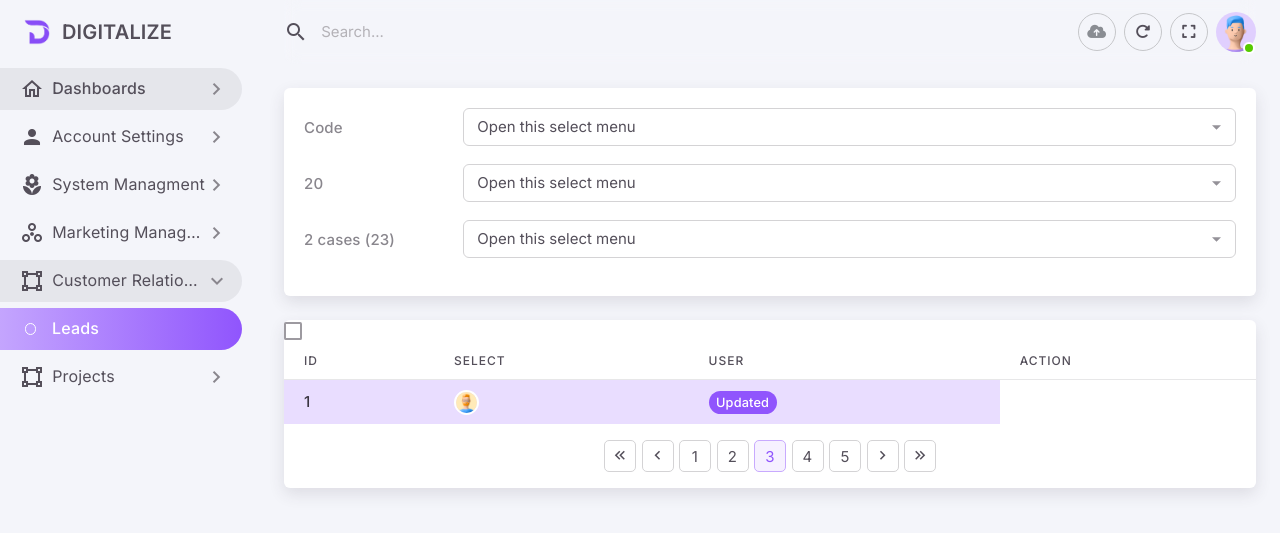
Repository: FadyFathey/sales-crm
Page: html/project-list.html
The author's editor kept a copy of each file at every save. The page is drawn from the files as they stood at one save, then again after the next save.
The browser window is 1280 px wide. The pictures show the whole page.
Some icons come from a web library that is not loaded, so they are not drawn. Some web libraries are served in a nearby version.

Above is the page before, as saved 2024-10-09 13:30:50.
Console error: ReferenceError: d3 is not defined

After the next save:
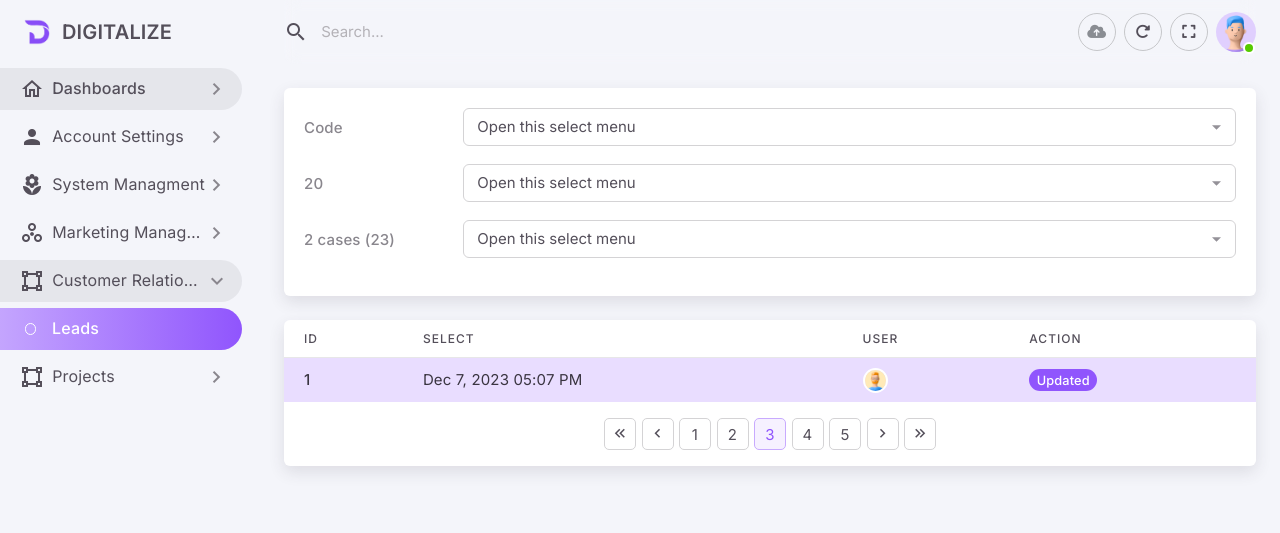
Saved 17 s later.
--- a/html/project-list.html
+++ b/html/project-list.html
@@ -392,7 +392,7 @@
                                             <td>
                                                 <span class="fw-medium">1</span>
                                             </td>
-                                            <input class="form-check-input" type="checkbox" value="" id="defaultCheck1" />
+                                            <td>Dec 7, 2023 05:07 PM</td>
                                             <td>
                                                 <ul
                                                     class="list-unstyled users-list m-0 avatar-group d-flex align-items-center">
